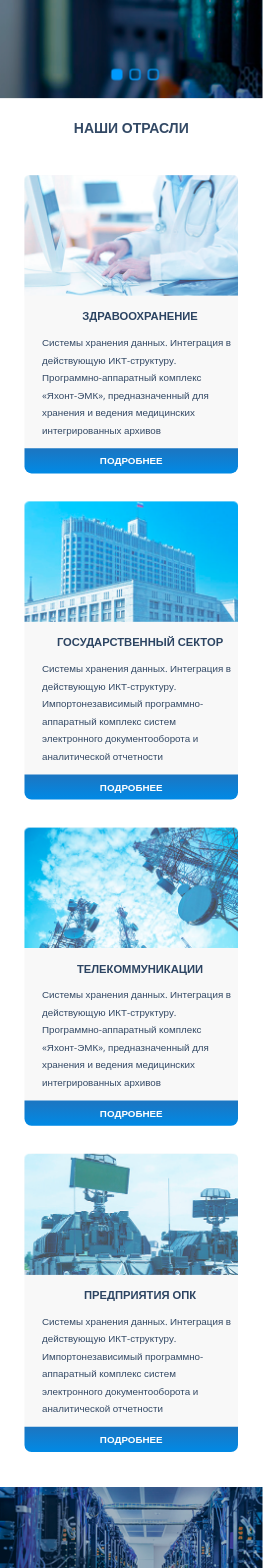
Repository: frostnn/testTaskBurbon
Page: app/index.html
The author's editor kept a copy of each file at every save. The page is drawn from the files as they stood at one save, then again after the next save.
The browser window is 375 px wide. The pictures show the part of the page from y = 426 to 2666 px (the page is 6892 px tall before and 6874 px after), at 70% of full size.
The style sheet was rebuilt from its Sass, Less or Tailwind sources for each picture, by a compiler version that may differ from the author's.

Above is the page before, as saved 2020-07-17 08:14:53.

After the next save:
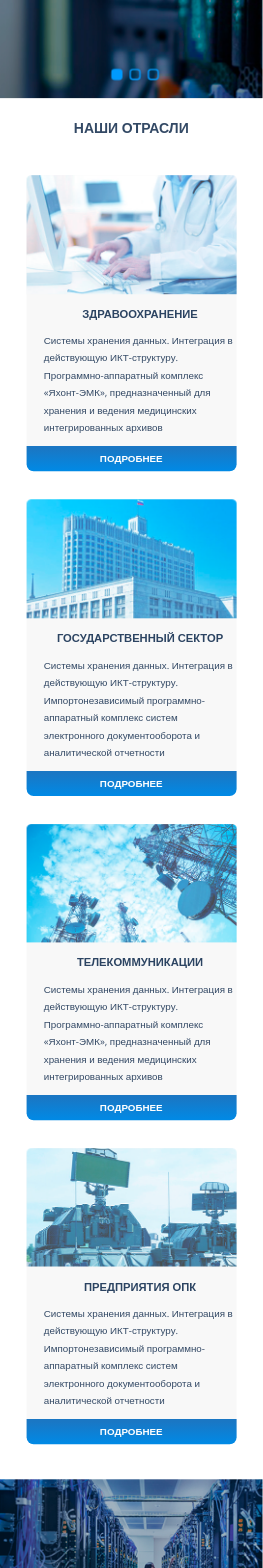
Saved 64 s later.
--- a/app/scss/_media.scss
+++ b/app/scss/_media.scss
@@ -653,9 +653,9 @@
     margin-top: 30px;
   }
   .industries-block__content {
-    max-width: 305px;
+    max-width: 300px;
     .industries-block__content-img {
-      max-width: 305px;
+      max-width: 300px;
     }
   }
   .production-block .production-block__title {
@@ -676,9 +676,9 @@
     font-size: 20px;
   }
   .news-block__content {
-    max-width: 305px;
+    max-width: 300px;
     .news-block__content-img {
-      max-width: 305px;
+      max-width: 300px;
     }
     .news-block__content-title {
       font-size: 16px;
@@ -750,6 +750,6 @@
     background-size: cover;
   }
   .program-block {
-    width: 305px;
-}
-}
+    width: 300px;
+}
+}
